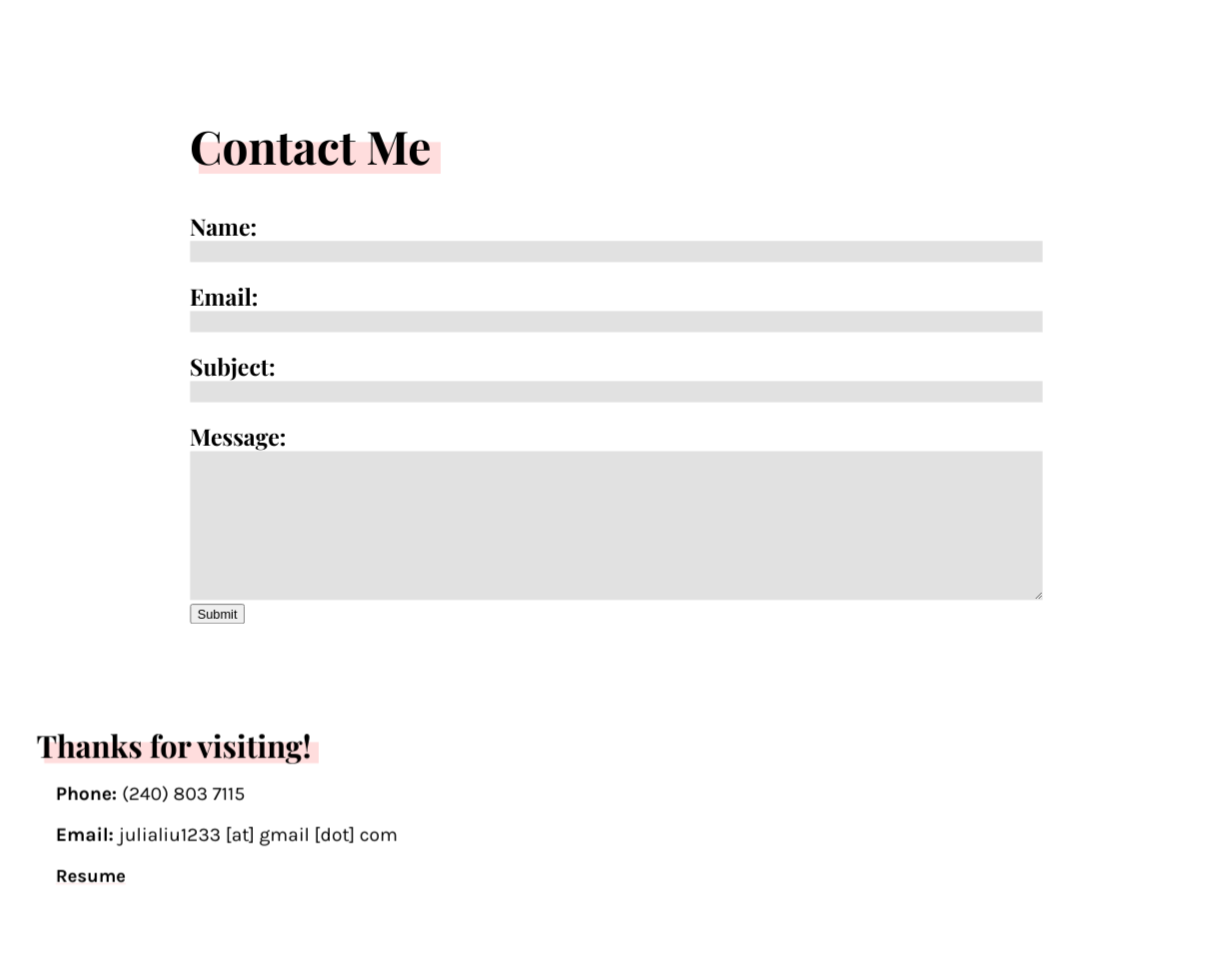
Repository: liu-julia/liu-julia.github.io
Page: contact.html
These files come from the project's save history. The page is drawn as it stood at one moment and after the next save; the edit follows.
The browser window is 1280 px wide. The pictures show the whole page, at 96% of full size.

Above is the page before, as saved 2022-05-19 15:57:53.

### contact.html
<!DOCTYPE html>
<html lang="en">
<head>
    <meta charset="UTF-8">
    <meta http-equiv="X-UA-Compatible" content="IE=edge">
    <meta name="viewport" content="width=device-width, initial-scale=1.0">
    <link rel="preconnect" href="https://fonts.googleapis.com">
    <link rel="preconnect" href="https://fonts.gstatic.com" crossorigin>
    <link href="https://fonts.googleapis.com/css2?family=Karla:wght@300;400;700&family=Open+Sans:wght@300;400;700&family=Playfair+Display:wght@400;700&family=Prata&display=swap" rel="stylesheet">
    <link rel="stylesheet" href="css/styles.css">
    <link rel="icon" href="images/jllogo.png">
    <script src="js/scripts.js"></script>
    <title>Julia Liu</title>
</head>
<body>
    <header id="topbar">
        <img id="logo" src="images/jllogo.png" alt="JL logo">
        <div id="navbar">
            <a class="hl_hover" href="index.html">Projects</a>
            <a class="hl_hover" href="about.html">About</a>
            <a class="highlighted" href="contact.html">Contact</a>
        </div>
    </header>
    <div id="content">
        <div class="form-container">
            <h2 class="highlighted">Contact Me</h2><br>
            <form>
                <label for="name"> Name:</label><br>
                <input type="text" id="name" name="name" required><br><br>
                <label for="email">Email:</label><br>
                <input type="email" id="email" required><br><br>
                <label for="subject">Subject:</label><br>
                <input type="text" id="subject" name="subject" required><br><br>
                <label for="message">Message:</label><br>
                <textarea id="message" name="message"></textarea>
                <button type="submit" value="Submit">Submit</buttom>
            </form>
        </div>
        <div id="foot">
            <h3 class="highlighted">Thanks for visiting!</h3>
            <div>
                <p><b>Phone: </b> (240) 803 7115</p>
                <p><b>Email: </b> juli<!--anti spam-->aliu1233 <!--anti spam--> [at] gmai<!--anti spam-->l [dot] com</p>
                <a href="JuliaLiu.pdf"><b>Resume</b></a>
            </div>
        </div>
    </div>
</body>
</html>

### css/styles.css
:root {
    font-family: 'Karla', sans-serif;
}
html {
    height: 100%;
}
header {
    position: fixed;
    top: 0;
    left: 0;
    right: 0;
    width: 100%;
    height: 60px;
    background-color: white;
    z-index: 1;
    box-shadow: 0 0 10px #FFFFFF;
    transition: top .2s;
}
#logo {
    width: 25px;
    height: 35px;
    padding: 13px;
}
#navbar {
    float: right;
}
#navbar a {
    position: relative;
    top: 10px;
    margin-right: 25px;
    align-self: center;
    color: black;
}
body {
    height: 100%;
}
#content {
    height: 100%;
}
h1 {
    font-family: 'Prata', serif;
    font-weight: 400;
    font-size: 6em;
}
#top {
    height: 100%;
}
h1{
    position: absolute;
    bottom: 12rem;
    left: 1rem;
    right: 1rem;
    text-align: center;
    margin: auto;
    width: 75%;
}
h1.highlighted::before {
    content: "";
    position: absolute;
    width: 100%;
    background: #ffdddd;
    left: .25em;
    bottom: .15em;
    height: .7em;
    z-index: -1;
    animation: highlightAnimation ease 3s;
    animation-iteration-count: 1;
    animation-fill-mode: forwards;
}

@keyframes highlightAnimation {
    0% {
        transform: scaleX(0);
        transform-origin: left;
    }
    100% {
        transform: scaleX(1);
        transform-origin: left;
     }
}

#navbar a.highlighted::before {
    content: "";
    position: absolute;
    width: 100%;
    background: #ffdddd;
    left: .25em;
    bottom: .05em;
    height: .7em;
    z-index: -1;
}
.hl_hover::before {
    content: "";
    position: absolute;
    width: 100%;
    background: #ffdddd;
    left: .25em;
    bottom: .05em;
    height: .7em;
    z-index: -1;
    transition: transform 0.5s;
    transform: scaleX(0);
    transform-origin: right;
}
.hl_hover:hover::before {
    transform: scaleX(1);
    transform-origin: left;
}
h2 {
    font-family: 'Playfair Display', serif;
    font-size: 3em;
}
h3 {
    font-family: 'Playfair Display', serif;
    font-size: 2em;
}
h4 {
    font-size: 1.1em;
    line-height: 1.5em;
}
h3.highlighted::before {
    content: "";
    position: absolute;
    width: 100%;
    background: #ffdddd;
    left: .25em;
    bottom: .05em;
    height: .7em;
    z-index: -1;
}
#navbar a {
    font-family: 'Playfair Display', serif;
    font-size: 1.5em;
    font-weight: 700;
    text-decoration: none;
}
p {
    font-size: 1.25rem;
}
#head_desc {
    font-size: 1.5em;
    font-weight: 400;
    position: absolute;
    bottom: 6rem;
    width: 90%;
    left: 1rem;
    right: 1rem;
    text-align: center;
    margin: auto;
    width: 75%;
}
#face {
    position: absolute;
    height: 45%;
    top: 5em;
    left: 30em;
    right: 30em;
    border-radius: 2em;
    margin: auto;
    box-shadow: 2px 2px 10px #00000066;
}
#foot {
    padding-left: 30px;
    position: absolute;
    width: 90%;
    height: 40%;
}
#foot h3.highlighted {
    position: absolute;
    bottom: 65%;
}
#foot div {
    position: absolute;
    bottom: 25%;
    padding: 20px;
}
a {
    color: black;
    text-decoration: underline;
    text-decoration-color: #ffdddd;
    transition: text-decoration ease-in .2s;
}
#foot a {
    font-size: 1.2rem;
}
a:hover {
    text-decoration-color: #ffb4b4;
}
#construction {
    height: 100%;
}

body {
    animation: fadeInAnimation ease 2s;
    animation-iteration-count: 1;
    animation-fill-mode: forwards;
}

@keyframes fadeInAnimation {
    0% {
        opacity: 0;
    }
    100% {
        opacity: 1;
     }
}
.project {
    width: 70%;
    display: flex;
    margin: auto;
    height: 40%;
    padding: 2.5rem;
    align-items: center;
}
.project img {
    max-width: 40%;
    max-height: 100%;
    box-shadow: 2px 2px 10px #00000066;
    border-radius: 2rem;
    margin: 2em;
}

a img {
    max-width: 8%;
    position: absolute;
    bottom: 30px;
    margin: auto;
    left: 1rem;
    right: 1rem;
}
.about {
    width: 70%;
    display: flex;
    margin: auto;
    height: 100%;
    align-items: center;
}

.about img {
    max-width: 30%;
    box-shadow: 2px 2px 10px #00000066;
    border-radius: 2rem;
    margin: 2em;
}

.about-text {
    position: absolute;
    margin-left: 25%;
    margin-right: 15%;
}
.about-text h2 {
    position: absolute;
    top: -110px;
}

h2.highlighted::before {
    content: "";
    position: absolute;
    width: 100%;
    background: #ffdddd;
    left: .20em;
    bottom: .05em;
    height: .7em;
    z-index: -1;
}

.form-container {
    width: 70%;
    margin: auto;
    height: 100%;
    align-items: center;
}

.form-container h2 {
    position: absolute;
    top: 5rem;
}

form {
    margin-top: 12rem;
    width: 100%;
    height: 70%;
}

input {
    width: 100%;
    background-color: #e1e1e1;
    border: none;
    font-size: 1.1rem;
    font-family: 'Karla', sans-serif;
}
input:focus {
    outline: none;
    border-bottom: 3px;
    border-color: black;

}
textarea {
    width: 100%;
    background-color: #e1e1e1;
    border: none;
    height: 30%;
    font-size: 1.1rem;
    font-family: 'Karla', sans-serif;
}
label {
    font-family: 'Playfair Display', serif;
    font-size: 1.5rem;
    font-weight: bold;
}

### js/scripts.js
var prevScrollpos = window.pageYOffset;
window.onscroll = function() {
  var currentScrollPos = window.pageYOffset;
  if (prevScrollpos > currentScrollPos) {
    document.getElementById("topbar").style.top = "0";
  } else {
    document.getElementById("topbar").style.top = "-70px";
  }
  prevScrollpos = currentScrollPos;
}

After the next save:
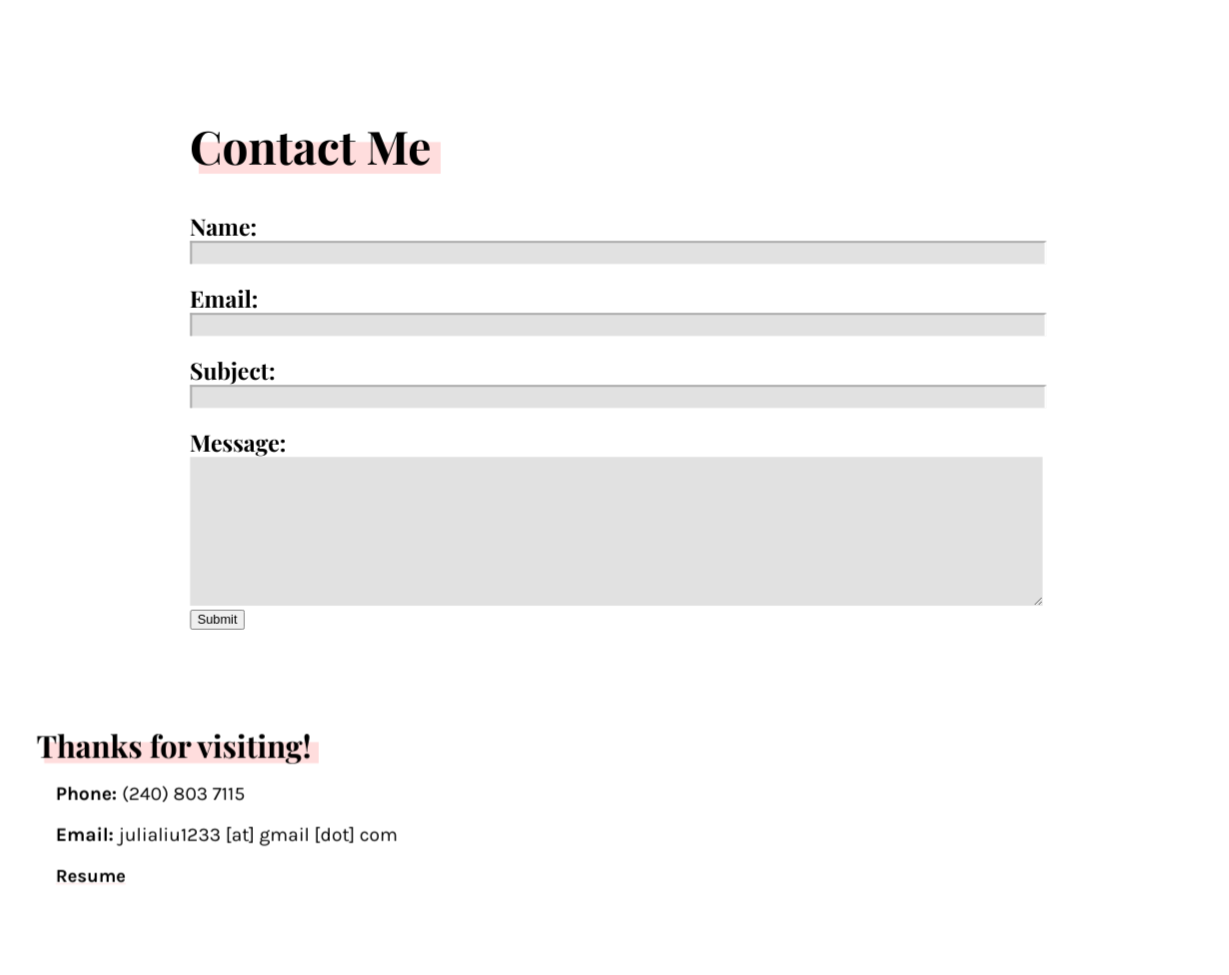
Saved 52 s later.
--- a/css/styles.css
+++ b/css/styles.css
@@ -285,13 +285,13 @@ form {
 input {
     width: 100%;
     background-color: #e1e1e1;
-    border: none;
+    border-bottom: 3px;
+    border-color: #FFFFFFFF;
     font-size: 1.1rem;
     font-family: 'Karla', sans-serif;
 }
 input:focus {
     outline: none;
-    border-bottom: 3px;
     border-color: black;
 
 }

After the save that followed:
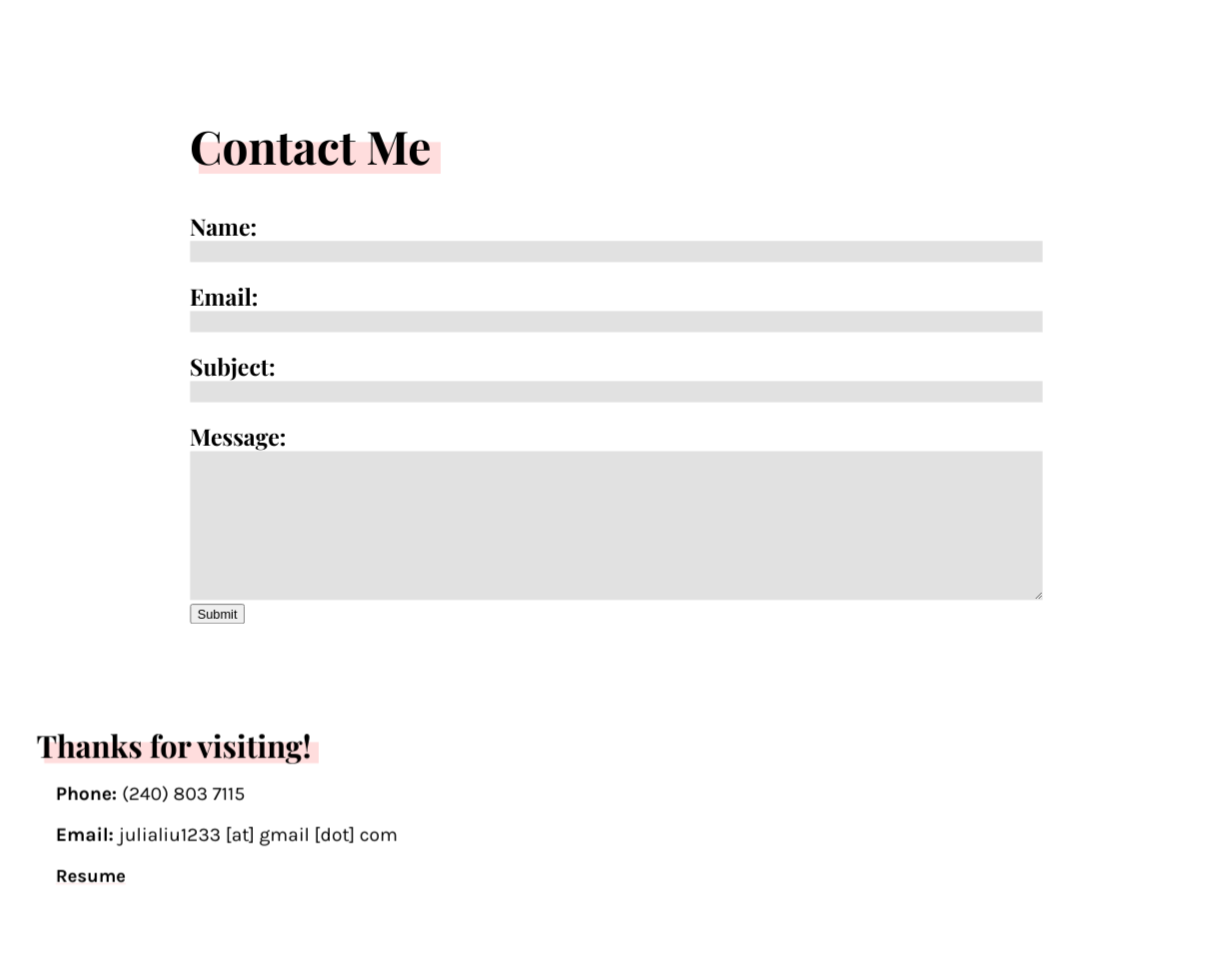
Saved 15 s later.
--- a/css/styles.css
+++ b/css/styles.css
@@ -285,6 +285,7 @@ form {
 input {
     width: 100%;
     background-color: #e1e1e1;
+    border: none;
     border-bottom: 3px;
     border-color: #FFFFFFFF;
     font-size: 1.1rem;
